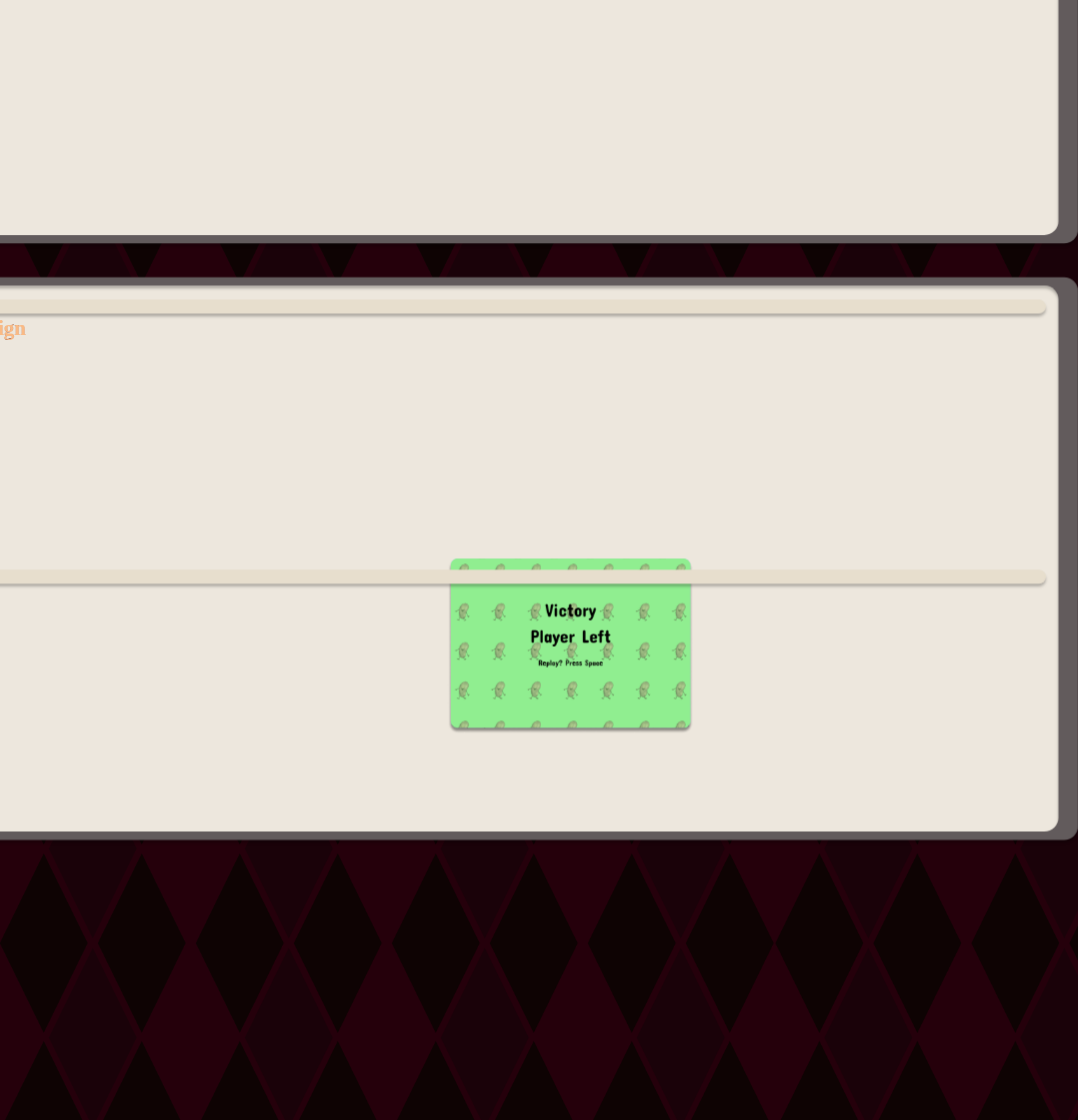
Repository: EMP-ChristinaC/Portfolio
Page: projects/potato-shuffle/potato.html
The author's editor kept a copy of each file at every save. The page is drawn from the files as they stood at one save, then again after the next save.
The browser window is 1280 px wide. The page is 1540 px wide, so the pictures cover 1540 px, including what lies to the right of the window. The pictures show the part of the page from y = 1452 to 3052 px (the page is 6194 px tall), at 70% of full size.
Some web fonts or font styles are not loaded; a fallback is used.

Above is the page before, as saved 2024-12-08 19:55:55.

### projects/potato-shuffle/potato.html
<!DOCTYPE html>
<html lang="en">

<head>
    <meta charset="UTF-8">
    <meta name="viewport" content="width=device-width, initial-scale=1.0">
    <title>CC- Project Potato Shuffle</title>
    <!--- ////////////////// OUTSIDE STYLES //////////////////-->


    <!--- ///////////////// GOOGLE FONTS  ////////////////////-->
    <link rel="preconnect" href="https://fonts.googleapis.com">
    <link rel="preconnect" href="https://fonts.gstatic.com" crossorigin>
    <link
        href="https://fonts.googleapis.com/css2?family=Overlock:ital,wght@0,400;0,700;0,900;1,400;1,700;1,900&family=Vast+Shadow&display=swap"
        rel="stylesheet">

    <!--- /////////////// MY STYLES ////////////////-->

    <link rel="stylesheet" href="potato.css">
    <link rel="stylesheet" href="../../nav.css">
    <link rel="stylesheet" href="media-style-phone-potato.css">
    <link rel="stylesheet" href="../../media-style-two.css">
    <link rel="stylesheet" href="media-style-mac-potato.css">

    <!--- //////////////// FAVICON LINKS ///////////////////-->
    <link rel="shortcut icon" href="../../image/logo.png" type="image/x-icon">
    <link rel="icon" href="../../image/logo.png" type="image/x-icon">

</head>

<body class="home-potato">

    <!--- /////////////////////// NAVIGATION /////////////////////-->
    <header class="navigation">
        <img class="nav-background" src="../../image/nav-background.png"
            alt="A decor for the nav, it holds a logo with diamond patterns in the background.">


        <a href="../../index.html " class="nav-home">Stage</a>
        <a href="../../about-page/about.html" class="nav-about">Director</a>
        <a href="../../contact-page/contact.html" class="nav-contact">Contact</a>
        <a href="../../main-project-page/projects.html" class="nav-projects current">Projects</a>
    </header>


    <!--- /////////////////////// ARROW BUTTON /////////////////////-->
    <a href="../../projects/sniffle/sniffle.html"><img src="../../image/left-arrow.png" class="side-button-left" alt="A."></a>


    <a href="../../projects/smash-n-dash/smash.html"><img src="../../image/right-arrow.png" class="side-button-right" alt="A."></a>



    <!--- /////////////////////// BOX OUTLINE ///////////////////////-->
    <div class="box-outline-outside-potato-overview">
        <div class="box-outline-inside-potato-overview"></div>

        <!-- <div class="dia-left-potato">
            <img src="../../image/Dia-bottom-left.png"
                alt="A diamond pattern decor that is placed onto the bottom left of the box outline">
        </div>

        <div class="dia-right-potato">
            <img src="../../image/Dia-top-right.png"
                alt="A diamond pattern decor that is placed onto the bottom left of the box outline">
        </div> -->


    <div class="box-outline-paragraph-potato">
        <div class="details-potato">
            <h2>About:</h2>
            <p>
                A digital coding game inspired by Hot Potato and WarioWare. It takes elements from both games and with
                the help of Makey-Makey, it creates a fun interactive game.
                <!-- <br><br>
                Here are some images of the game. -->
            </p>
        </div>
    </div>


    <div class="box-outline-type-potato">
        <div class="type-potato">
            <p> Project Type:
                <br>
                Interactive Game
                <br><br>
                Date:
                <br>
                December 2023
                <br><br>
                Link:
                <br>
                <a href="https://emp-christinac.github.io/Potato-Shuffle/index.html">Github</a>
                <br><br>
                Role:
                <br>
                Lead Coder
            </p>
        </div>

<!-- <div class="type-two">
    <p>
        Link:
        <br>
        <a href="https://emp-christinac.github.io/Potato-Shuffle/index.html">Github</a>
        <br><br>
        Role:
        <br>
        Lead Coder
    </p>
</div> -->


        <!-- <div class="type-potato-phone">
            <p> Project Type:
                <br>
                Digital Game
                <br><br>
                Date:
                <br>
                December 2023
            </p>
        </div> -->

        <!-- <div class="type-potato-phone-two">
            <p>
                Link:
                <br>
                <a href="https://empxnifl.github.io/Potato-Shuffle/index.html">Github</a>
                <br><br>
                Role:
                <br>
                Lead Coder
            </p>
        </div> -->
    </div>

    <div class="box-outline-credit">
        <div class="credit">
            <p>Credit to:
                <br>
                Roman Lopez [Lead Designer]
                <br>
                Dominic Perron [Lead Interaction]
            </p>
        </div>

        <div class="mc-overview">
            <img src="../../image/Main-Screen.png" alt="A overview of the project Potato Shuffle.">
        </div>

    </div>




    <div class="box-outline-heading-potato">
        <div class="potato-title">
            <h1>Potato Shuffle</h1>
        </div>
    </div>
</div>
    <!--- ////////////////////////-->
    <div class="box-outline-outside-potato-play">
        <div class="box-outline-inside-potato-play"></div>

        <div>
            <div class="play">
                <p>
                </p>
            </div>

    </div>


    <!--- ////////////////////////-->

    <div class="box-outline-outside-potato-progress">
        <div class="box-outline-inside-potato-progress"></div>

        <!-- <div class="dia-left-two-potato">
            <img src="../../image/Dia-bottom-left.png"
                alt="A diamond pattern decor that is placed onto the bottom left of the box outline">
        </div>

        <div class="dia-right-two-potato">
            <img src="../../image/Dia-top-right.png"
                alt="A diamond pattern decor that is placed onto the bottom left of the box outline">
        </div> -->

        <div class="box-outline-heading-two-potato">
            <div class="heading-two">
                <h1>Menu Design</h1>
            </div>
        </div>
        <div class="box-outline-heading-three-potato">
            <div class="heading-three">
                <h1>Sprites</h1>
            </div>
        </div>

        <div class="potato-menu-one">
            <img src="../../image/Home.png" alt="The home screen of the project.">
        </div>


        <div class="potato-menu-two">
            <img src="../../image/Victory.png" alt="The victory screen of the project.">
        </div>

        <!--- ////////////////////////-->

        <div class="potato-sprites">
            <img src="../../image/potato_sway.gif" alt="A potato gif that shows the potato swaying left and right.">
        </div>


        <div class="potato-sprites-two">
            <img src="../../image/Fail.gif" alt="A explosion gif that says boom.">
        </div>

        <div class="potato-sprites-three">
            <img src="../../image/potato_flip.gif" alt="A potato gif that shows the potato fliping.">
        </div>



    </div>


    <!--- ////////////////////////-->

    <div class="box-outline-outside-potato">
        <div class="box-outline-inside-potato"></div>
        <!-- <div class="dia-left-three-potato">
            <img src="../../image/Dia-bottom-left.png"
                alt="A diamond pattern decor that is placed onto the bottom left of the box outline">
        </div>

        <div class="dia-right-three-potato">
            <img src="../../image/Dia-top-right.png"
                alt="A diamond pattern decor that is placed onto the bottom left of the box outline">
        </div> -->


        <div class="box-outline-heading-four-potato">
            <div class="heading-four-potato">
                <h1>Mini-Game Design</h1>
            </div>

            <div class="potato-event-one">
                <img src="../../image/Event-1.png" alt="One of five mini-game from the project. It shows a character running.">
            </div>

            <div class="potato-event-two">
                <img src="../../image/Event-2.png"
                    alt="One of five mini-game from the project. It shows a character shooting at a muffen.">
            </div>


            <div class="potato-event-three">
                <img src="../../image/Event-3.png"
                    alt="One of five mini-game from the project. It shows a potato dropping into a basket.">
            </div>

            <div class="potato-event-four">
                <img src="../../image/Event-4.png"
                    alt="One of five mini-game from the project. It shows a character digging up a potato.">
            </div>


            <div class="potato-event-five">
                <img src="../../image/Event-5.png" alt="One of five mini-game from the project. It shows a potato being peeled.">
            </div>

        </div>

    </div>

    <!--- ////////////////////////-->

    <div class="box-outline-outside-foot">
        <div class="box-outline-inside-foot"></div>

            <footer class="section">
                <p>© 2024 by Christina Chan. Powered and secured by Github</p>

                <div>
                    <a class="github" href="https://github.com/EMP-ChristinaC"> <img src="../../image/Github-icon.png"
                            alt="Github icon image."></a>

                    <a class="twitter" href="https://x.com/EMP_Nifl"> <img src="../../image/Twitter-Icon.png"
                            alt="Twitter icon image."></a>

                    <a class="discord" href="https://discordapp.com/users/456539039286165514"> <img src="../../image/discord-icon.webp"
                            alt="Discord icon image."></a>

                    <a class="linkedin" href="https://www.linkedin.com/in/christina-chan-290a29323/"> <img src="../../image/Linkedin-icon.webp"
                            alt="Linkedin icon image."></a>
                </div>

            </footer>
    </div>
    <!--- /////////////////////// DECOR  ///////////////////////-->


    <!-- <div class="left-curtain">
        <img src="../../image/curtains-left.png" alt="A curtain decor that is placed on the left side of the website.">
    </div>

    <div class="right-curtain">
        <img src="../../image/curtain-right.png" alt="A curtain decor that is placed on the right side of the website.">
    </div> -->

    <!--- /////////////////////// TEXT ///////////////////////-->


    <!--- /////////////////////// IMAGES ///////////////////////-->


    <!--- ////////////////////////-->




    <!--- ////////////////////////-->



</body>

</html>

### projects/potato-shuffle/potato.css

/*///////////////////////////////// Box Outline ////////////////////////////*/
.box-outline-outside-potato-overview,
.box-outline-outside-potato-progress,
.box-outline-outside-potato-play {
    width: 1800px;
    height: 804px;
    background: rgba(98, 91, 92);
    box-shadow: 0px 4px 4px rgba(0, 0, 0, 0.25);
    border-radius: 20px;
}

.box-outline-outside-potato-overview {
    position: absolute;
    top: 50%;
    left: 50%;
    transform: translate(-50%, -27%);
}

.box-outline-outside-potato-play {
    position: absolute;
    top: 50%;
    left: 50%;
    transform: translate(-50%, 79%);
}

.box-outline-outside-potato-progress {
    position: absolute;
    top: 50%;
    left: 50%;
    transform: translate(-50%, 56%);
}

/*//////////////////////////////////*/


.box-outline-outside-potato {
    width: 1800px;
    height: 990px;
    background: rgba(98, 91, 92);
    box-shadow: 0px 4px 4px rgba(0, 0, 0, 0.25);
    border-radius: 20px;
}

.box-outline-outside-potato {
    position: absolute;
    top: 50%;
    left: 50%;
    transform: translate(-50%, 2340px);
}



/*//////////////////////////////////////////////////////////////////////////////*/

.box-outline-inside-potato-overview,
.box-outline-inside-potato-progress,
.box-outline-inside-potato-play {
    width: 1745px;
    height: 780px;
    background: #EDE7DD;
    box-shadow: 0px 4px 4px rgba(0, 0, 0, 0.25) inset;
    border-radius: 20px;
}

.box-outline-inside-potato-play {
    position: absolute;
    top: 1.5%;
    left: 1.5%;
}

.box-outline-inside-potato-overview {
    position: absolute;
    top: 1.5%;
    left: 1.5%;
    /* transform: translate(-50%, -26.3%); */
}


.box-outline-inside-potato-progress {
    position: absolute;
    top: 1.5%;
    left: 1.5%;
    /* transform: translate(-50%, 84%); */
}


.box-outline-inside-potato {
    width: 1745px;
    height: 960px;
    background: #EDE7DD;
    box-shadow: 0px 4px 4px rgba(0, 0, 0, 0.25) inset;
    border-radius: 20px;
}

.box-outline-inside-potato {
    position: absolute;
    top: 1.5%;
    left: 1.5%;
    /* transform: translate(-50%, 1506px); */
}



/*///////////////////////////HEADING BOX////////////////////////////*/



.box-outline-heading-potato {
    width: 1700px;
    height: 20px;
    background: #E7DECD;
    box-shadow: 0px 4px 4px rgba(0, 0, 0, 0.25);
    border-radius: 20px;
    z-index: 1;
}

.box-outline-heading-potato {
    position: absolute;
    top: 28%;
    left: 50%;
    transform: translate(-50%, -920%);
}



.box-outline-heading-two-potato,
.box-outline-heading-three-potato,
.box-outline-heading-four-potato {
    width: 1700px;
    height: 20px;
    background: #E7DECD;
    box-shadow: 0px 4px 4px rgba(0, 0, 0, 0.25);
    border-radius: 20px;
    z-index: 1;
    position: absolute;

}

.box-outline-heading-two-potato {
    /* transform: translate(-50%, 1270%); */
    top: 4%;
    left: 3%;
}

.box-outline-heading-three-potato {
    /* transform: translate(-50%, 1900%); */
    top: 52%;
    left: 3%;
}

.box-outline-heading-four-potato {
    /* transform: translate(-50%, 2800%); */

}

.box-outline-heading-five-potato {
    /* transform: translate(-50%, 3450%); */

}

/*/////////////////////////////////////*/

.box-outline-paragraph-potato,
.box-outline-type-potato,
.box-outline-credit {
    /* background: #E7DECD;
    box-shadow: 0px 4px 4px rgba(0, 0, 0, 0.25);
    border-radius: 20px; */
    position: absolute;
    top: 50%;
    left: 30%;
}


.box-outline-paragraph-potato {
    width: 375px;
    height: 330px;
    transform: translate(-116%, -10%);
    z-index: 1;
}


.box-outline-type-potato {
    width: 375px;
    height: 200px;
    transform: translate(-116%, 90%);
    z-index: 1;
}

.box-outline-credit {
    width: 375px;
    height: 60px;
    transform: translate(-30%, 350%);
    z-index: 1;
}



/*/////////////////////////////////////*/

.box-outline-outside-foot {
    width: 100%;
    height: 200px;
    background: rgba(98, 91, 92);
    box-shadow: 0px 4px 4px rgba(0, 0, 0, 0.25);
    border-radius: 20px 20px 0 0;
    position: absolute;
    top: 50%;
    left: 50%;
    transform: translate(-50%, 1690%);
}

/*/////////////////////////////////////*/

.box-outline-inside-foot {
    width: 99%;
    height: 185px;
    position: absolute;
    background: #EDE7DD;
    box-shadow: 0px 4px 4px rgba(0, 0, 0, 0.25) inset;
    border-radius: 20px 20px 0 0;
    position: absolute;
    /* transform: translate(-50%, 1359%); */
    top: 8%;
    left: 0.5%;
}



/*///////////////////////////////// Decor ////////////////////////////*/

.dia-left-potato img {
    position: absolute;
    top: 27%;
    left: 50%;
    transform: translate(-384%, 205%);
}

.dia-right-potato img {
    position: absolute;
    top: 27%;
    right: 50%;
    transform: translate(385%, -107%);
}

/*//////////////////////////////////////////////////////////////////////*/

.dia-left-two-potato img {
    position: absolute;
    top: -80%;
    left: 50%;
    transform: translate(-384%, 656%);
}

.dia-right-two-potato img {
    position: absolute;
    top: -80%;
    right: 50%;
    transform: translate(385%, 344%);
}

/*/////////////////////////////////////*/

.dia-left-three-potato img {
    position: absolute;
    top: -186%;
    left: 50%;
    transform: translate(-384%, 1378%);
}

.dia-right-three-potato img {
    position: absolute;
    top: -186%;
    right: 50%;
    transform: translate(385%, 972%);
}

/*/////////////////////////////////////*/

.left-curtain {
    position: fixed;
    top: 0%;
    left: 11%;
    transform: translate(-100%);
}

.right-curtain {
    position: fixed;
    top: 0%;
    right: 11%;
    transform: translate(100%);
}

/*///////////////////////////////// Heading Text ////////////////////////////*/

.potato-title {
    width: 827px;
    text-align: center;
    color: #FABA84;
    font-size: 25px;
    font-family: Vast Shadow;
    font-weight: 400;
    -webkit-text-stroke: 0.1px #4C0B13;
    z-index: 1;
}

.potato-title {
    position: absolute;
    top: -20%;
    left: -9%;
    /* transform: translate(-50%, -320%); */
}


.heading-two,
.heading-three,
.heading-four-potato {
    width: 827px;
    text-align: center;
    color: #FABA84;
    font-family: Vast Shadow;
    font-weight: 400;
    -webkit-text-stroke: 0.1px #4C0B13;
    z-index: 1;
    position: absolute;
    top: 20%;
    left: -15%;
    font-size: 15px;
}



/*///////////////////////////////// Paragraph Text ////////////////////////////*/

.details-potato p,
.details-potato h2,
.type-potato p,
.type-two p,
.credit p {
    color: #1E1E1E;
    font-family: Overlock;
    font-weight: 900;

}
.details-potato h2 {
    width: 600px;
    font-size: 35px;
    line-height: 32px;
    letter-spacing: 2px;
    position: absolute;
    top: -70%;
    left: 5%;
    z-index: 1;
}

.details-potato p {
    width: 600px;
    font-size: 25px;
    line-height: 32px;
    letter-spacing: 2px;
    position: absolute;
    top: -55%;
    left: 5%;
    z-index: 1;
    /* transform: translate(-90%, -28%); */

}

.type-potato p {
    width: 440px;
    font-size: 25px;
    line-height: 28px;
    letter-spacing: 2px;
    position: absolute;
    top: -100%;
    left: 5%;
    /* transform: translate(-95%, 105%); */
    z-index: 1;

}

.type-two p {
    width: 440px;
    font-size: 25px;
    line-height: 28px;
    letter-spacing: 2px;
    position: absolute;
    top: 0%;
    left: 64%;
    /* transform: translate(-42%, 420%); */
    z-index: 1;
}

.credit p {
    width: 440px;
    font-size: 25px;
    line-height: 32px;
    letter-spacing: 2px;
    position: absolute;
    top: -385%;
    left: 5%;
    /* transform: translate(-42%, 420%); */
    z-index: 1;
}





/*/////////////////////////////////////*/

footer.section {
    text-align: center;
    color: black;
    font-size: 14px;
    font-family: Overlock;
    font-weight: 400;

    width: 500px;
    position: absolute;
    top: 50%;
    left: 50%;
    transform: translate(-53%, 80%);

}

footer.section p {
    width: 100%;
    height: 100%;
    transform: translate(1%, 35%);
}


/*///////////////////////////////// Images ////////////////////////////*/


.mc-overview {
    width: 775px;
    height: 675px;
    position: absolute;
    top: -750%;
    left: 155%;
    overflow: hidden;
    box-shadow: 0px 4px 4px rgba(0, 0, 0, 0.25);
    border-radius: 30px;
    transform: translate(-8%, -11%);
    }



.mc-overview img {
    width: 100%;
    height: 105%;
    object-fit: cover;
    transform: translate(-0%, 0%);

    transition: all 0.3s ease-in-out;
}


.potato {
    width: 258px;
    height: 547px;
    box-shadow: 0px 4px 4px rgba(0, 0, 0, 0.25);
    border-radius: 20px;
    background-position: center;

    position: absolute;
    top: 50%;
    left: 50%;
    transform: translate(70%, 302%);
}

.potato-projects {
    width: 258px;
    height: 547px;
    box-shadow: 0px 4px 4px rgba(0, 0, 0, 0.25);
    border-radius: 20px;
    background-position: center;

    position: absolute;
    top: 50%;
    left: 50%;
    transform: translate(70%, -5%);
}

.potato-menu-one img {
    width: 350px;
    height: 250px;
    position: absolute;
    top: 50%;
    left: 50%;
    /* transform: translate(-110%, 310%); */
}

.potato-menu-two img {
    width: 350px;
    height: 250px;
    position: absolute;
    top: 50%;
    left: 50%;
    /* transform: translate(10%, 310%); */
}


.potato-sprites img {
    width: 300px;
    height: 300px;
    position: absolute;
    top: 50%;
    left: 50%;
    transform: translate(-150%, 370%);
}

.potato-sprites-two img {
    width: 300px;
    height: 300px;
    position: absolute;
    top: 50%;
    left: 50%;
    transform: translate(-50%, 370%);
}

.potato-sprites-three img {
    width: 300px;
    height: 300px;
    position: absolute;
    top: 50%;
    left: 50%;
    transform: translate(50%, 370%);
}

.potato-event-one img {
    width: 409px;
    height: 266px;
    position: absolute;
    top: 50%;
    left: 50%;
    transform: translate(-105%, 610%);
}

.potato-event-two img {
    width: 409px;
    height: 266px;
    position: absolute;
    top: 50%;
    left: 50%;
    transform: translate(4%, 610%);
}

.potato-event-three img {
    width: 409px;
    height: 266px;
    position: absolute;
    top: 50%;
    left: 50%;
    transform: translate(-105%, 715%);
}

.potato-event-four img {
    width: 409px;
    height: 266px;
    position: absolute;
    top: 50%;
    left: 50%;
    transform: translate(4%, 715%);
}

.potato-event-five img {
    width: 409px;
    height: 266px;
    position: absolute;
    top: 50%;
    left: 50%;
    transform: translate(-105%, 820%);
}

/*/////////////////////////////////////*/
.github {
    width: 45px;
    height: 45px;
    position: absolute;
    top: 50%;
    left: 50%;
    overflow: hidden;
    box-shadow: 0px 4px 4px rgba(0, 0, 0, 0.25);
    border-radius: 30px;
    transform: translate(-250%, -180%);
}

.github img {
    width: 100%;
    height: 100%;
    object-fit: cover;
    transition: all 0.3s ease-in-out;
    transform: translate(0%, 0%);
}

.twitter {
    width: 45px;
    height: 45px;
    position: absolute;
    top: 50%;
    left: 50%;
    overflow: hidden;
    box-shadow: 0px 4px 4px rgba(0, 0, 0, 0.25);
    border-radius: 30px;
    transform: translate(-100%, -180%);
}

.twitter img {
    width: 100%;
    height: 100%;
    object-fit: cover;
    transition: all 0.3s ease-in-out;
    transform: translate(-0%, -0%);
}


.discord {
    width: 45px;
    height: 45px;
    position: absolute;
    top: 50%;
    left: 50%;
    overflow: hidden;
    box-shadow: 0px 4px 4px rgba(0, 0, 0, 0.25);
    border-radius: 30px;
    transform: translate(50%, -180%);
}

.discord img {
    width: 100%;
    height: 100%;
    object-fit: cover;
    transition: all 0.3s ease-in-out;
    transform: translate(-0%, -0%);
}


.linkedin {
    width: 45px;
    height: 45px;
    position: absolute;
    top: 50%;
    left: 50%;
    overflow: hidden;
    box-shadow: 0px 4px 4px rgba(0, 0, 0, 0.25);
    border-radius: 30px;
    transform: translate(200%, -180%);
}

.linkedin img {
    width: 100%;
    height: 100%;
    object-fit: cover;
    transition: all 0.3s ease-in-out;
    transform: translate(-0%, -0%);
}

### media-style-two.css
@media screen and (max-width: 1660px) {

    .left-curtain {
        display: none;
    }

    .right-curtain {
        display: none;
    }

}

Loaded but not shown: projects/potato-shuffle/media-style-phone-potato.css (424 lines, source omitted); nav.css (208 lines, source omitted); projects/potato-shuffle/media-style-mac-potato.css (93 lines, source omitted)

After the next save:
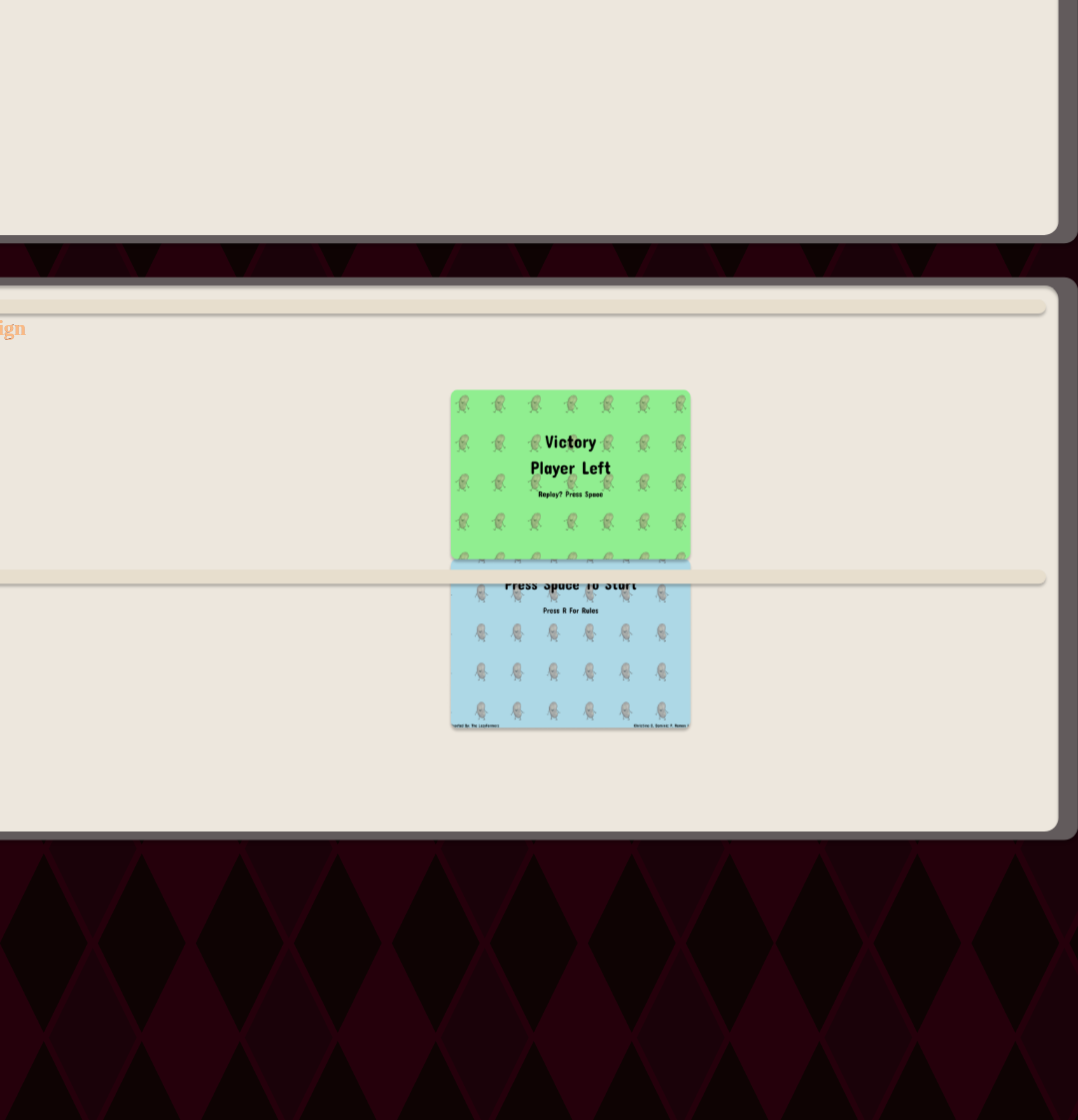
Saved 5 s later.
--- a/projects/potato-shuffle/potato.css
+++ b/projects/potato-shuffle/potato.css
@@ -498,7 +498,7 @@ footer.section p {
     width: 350px;
     height: 250px;
     position: absolute;
-    top: 50%;
+    top: 20%;
     left: 50%;
     /* transform: translate(10%, 310%); */
 }
